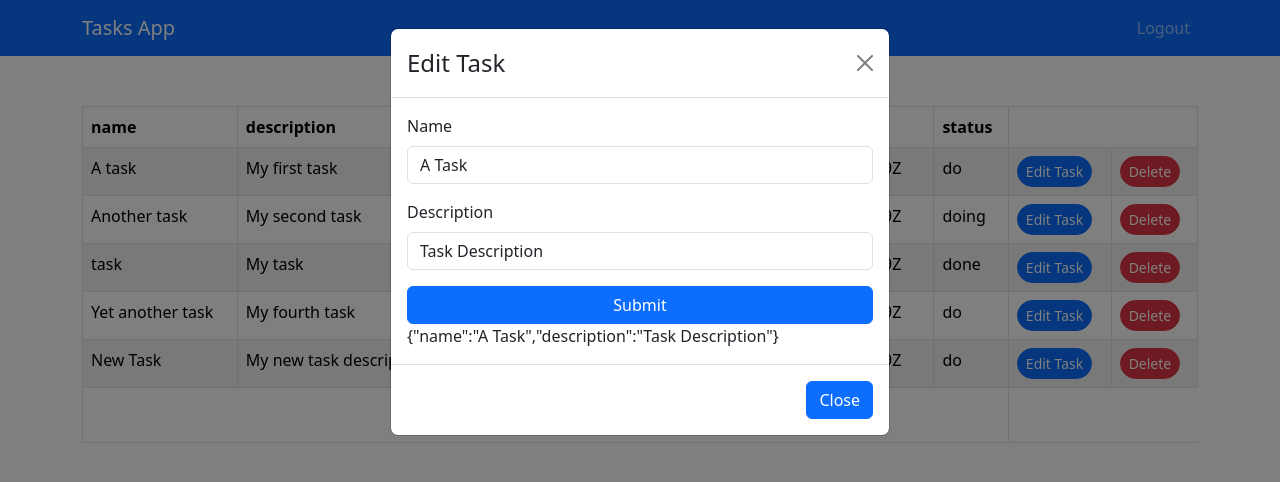
Repository: trider/react-task-manager
Page: /#/tasks, after clicking the first element matching `button.rounded-pill`
The author's editor kept a copy of each file at every save. The page is drawn from the files as they stood at one save, then again after the next save.
The browser window is 1280 px wide. The pictures show the whole page.
The project was rebuilt for these pictures with package versions that can differ from the ones it lists, and the page was loaded fresh each time. Also part of the build but not shown: src/App.css, src/data/_Users.js, src/pages/Login.js.

Above is the page before, as saved 2024-05-06 16:34:24.

After the next save:
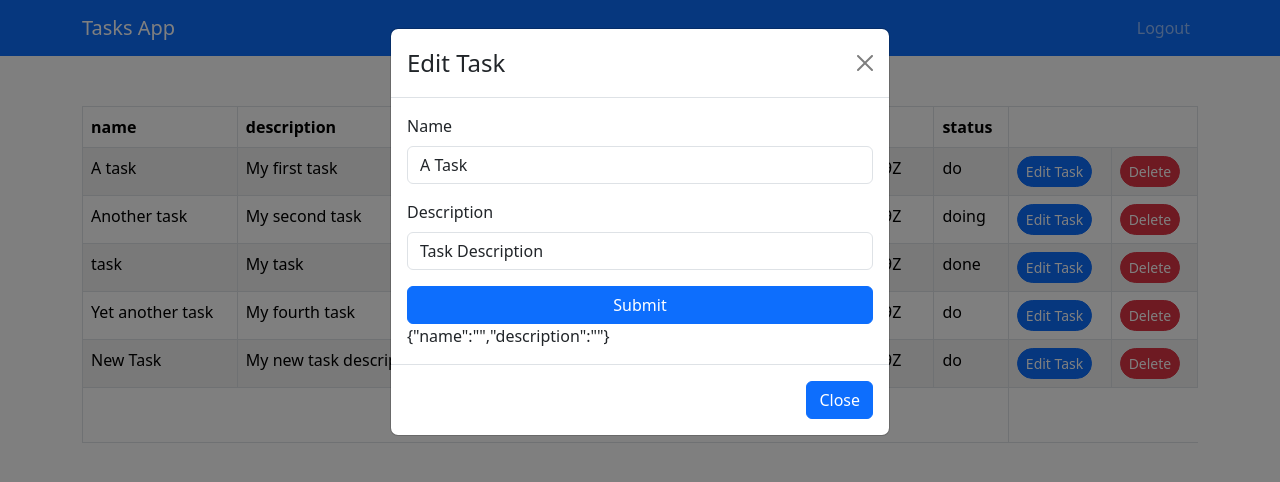
Saved 24 s later.
--- a/src/components/Modal.js
+++ b/src/components/Modal.js
@@ -10,7 +10,7 @@ const FormBody = () => {
 
   const [taskName, setTaskName] = useState("A Task");
   const [taskDescription, setTaskDescription] = useState("Task Description");
-  const [task, setTask] = useState({ name: taskName, description: taskDescription });
+  const [task, setTask] = useState({ name: '', description: '' });
 
 
 
